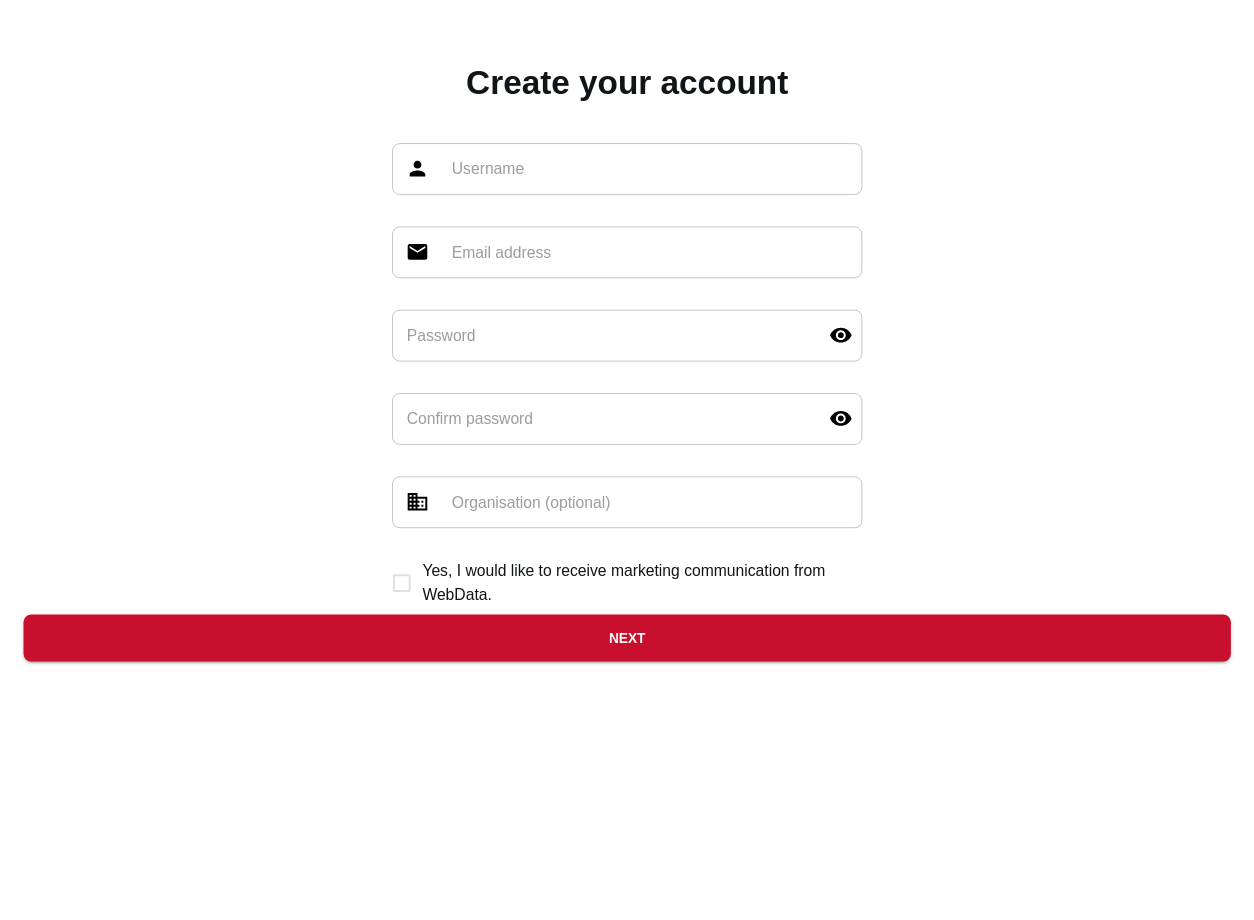
Repository: Pascal-Ahmadu/Tender-download-system
Page: /register (app in frontend/)
The author's editor kept a copy of each file at every save. The page is drawn from the files as they stood at one save, then again after the next save.
The browser window is 1280 px wide. The pictures show the whole page, at 98% of full size.
The page's requests for data from a server got no answer. Some web fonts or font styles are not loaded; a fallback is used. The project was rebuilt for these pictures with package versions that can differ from the ones it lists, and the page was loaded fresh each time. No one was signed in, and anything a server would have sent is missing. Also part of the build but not shown: frontend/vite.config.js, frontend/src/components/pages/LoginPage.jsx.

Above is the page before, as saved 2024-07-31 08:37:51.

### frontend/index.html
<!DOCTYPE html>
<html lang="en">
  <head>
    <meta charset="UTF-8" />
    <link rel="icon" type="image/svg+xml" href="/vite.svg" />
    <link
      href="https://fonts.googleapis.com/css2?family=Bento:wght@400;700&display=swap"
      rel="stylesheet"
    />

    <meta name="viewport" content="width=device-width, initial-scale=1.0" />
    <title>Vite + React</title>
  </head>
  <body>
    <div id="root"></div>
    <script type="module" src="/src/main.jsx"></script>
  </body>
</html>

### frontend/src/main.jsx
import React from "react";
import ReactDOM from "react-dom/client";
import App from "./App.jsx";
import "./index.css";
import { AuthProvider } from "./components/contexts/AuthContext.jsx";

ReactDOM.createRoot(document.getElementById("root")).render(
  <React.StrictMode>
    <AuthProvider>
      <App />
    </AuthProvider>
  </React.StrictMode>
);

### frontend/src/App.jsx
import React from "react";
import { BrowserRouter as Router, Routes, Route } from "react-router-dom";
import LoginPage from "./components/pages/LoginPage";
import RegistrationForm from "./components/pages/RegistrationPage";
import { createTheme, ThemeProvider } from "@mui/material/styles";

// Create a theme instance
const theme = createTheme({
  typography: {
    fontFamily: "Bento, sans-serif",
  },
});

const app = () => {
  return (
    <ThemeProvider theme={theme}>
      <Router>
        <Routes>
          <Route path="/" element={<LoginPage />} />
          <Route path="/register" element={<RegistrationForm />} />
        </Routes>
      </Router>
    </ThemeProvider>
  );
};

export default app;

### frontend/src/index.css
:root {
  font-family: "Bento", sans-serif;

  line-height: 1.5;
  font-weight: 400;

  color-scheme: white;
  color: rgba(255, 255, 255, 0.87);
  background-color: white;

  font-synthesis: none;
  text-rendering: optimizeLegibility;
  -webkit-font-smoothing: antialiased;
  -moz-osx-font-smoothing: grayscale;
}

body {
  font-family: "Merriweather", serif;
}

a {
  font-weight: 500;
  color: #646cff;
  text-decoration: inherit;
}
a:hover {
  color: #535bf2;
}

h1 {
  font-size: 3.2em;
  line-height: 1.1;
}

button {
  border-radius: 8px;
  border: 1px solid transparent;
  padding: 0.6em 1.2em;
  font-size: 1em;
  font-weight: 500;
  font-family: inherit;
  background-color: #1a1a1a;
  cursor: pointer;
  transition: border-color 0.25s;
}
button:hover {
  border-color: #646cff;
}
button:focus,
button:focus-visible {
  outline: 4px auto -webkit-focus-ring-color;
}

@media (prefers-color-scheme: light) {
  :root {
    color: #213547;
    background-color: #ffffff;
  }
  a:hover {
    color: #747bff;
  }
  button {
    background-color: #f9f9f9;
  }
}

### frontend/src/components/contexts/AuthContext.jsx
import React, { createContext, useState, useEffect, useContext } from "react";
import axios from "axios";

const API_BASE_URL = "http://localhost:5000";

axios.defaults.baseURL = API_BASE_URL;

const AuthContext = createContext();

const AuthProvider = ({ children }) => {
  const [user, setUser] = useState(null);

  // Fetch user on app load
  useEffect(() => {
    const fetchUser = async () => {
      try {
        const res = await axios.get("/api/auth/current", {
          withCredentials: true,
        });
        setUser(res.data.user);
      } catch (err) {
        console.error(err.response ? err.response.data.msg : err.message);
      }
    };

    fetchUser();
  }, []);

  const register = async (email, password) => {
    try {
      await axios.post(
        "/api/auth/register",
        { email, password },
        { withCredentials: true }
      );
      // Optionally fetch user data if needed
    } catch (err) {
      throw new Error(err.response ? err.response.data.msg : err.message);
    }
  };

  const login = async (email, password) => {
    try {
      await axios.post(
        "/api/auth/login",
        { email, password },
        { withCredentials: true }
      );
      const res = await axios.get("/api/auth/current", {
        withCredentials: true,
      });
      setUser(res.data.user);
    } catch (err) {
      throw new Error(err.response ? err.response.data.msg : err.message);
    }
  };

  const logout = async () => {
    try {
      await axios.post("/api/auth/logout", {}, { withCredentials: true });
      setUser(null);
    } catch (err) {
      console.error(err.response ? err.response.data.msg : err.message);
    }
  };

  return (
    <AuthContext.Provider value={{ user, register, login, logout }}>
      {children}
    </AuthContext.Provider>
  );
};

// Custom hook to use the AuthContext
const useAuth = () => {
  const context = useContext(AuthContext);
  if (context === undefined) {
    throw new Error("useAuth must be used within an AuthProvider");
  }
  return context;
};

export { AuthProvider, useAuth };

### frontend/src/components/pages/RegistrationPage.jsx
import React, { useState, useEffect } from "react";
import {
  TextField,
  Button,
  Box,
  Typography,
  Checkbox,
  FormControlLabel,
  InputAdornment,
  IconButton,
  LinearProgress,
  FormHelperText,
} from "@mui/material";
import {
  Visibility,
  VisibilityOff,
  Person,
  Email,
  Business,
} from "@mui/icons-material";

function SignupForm() {
  const [showPassword, setShowPassword] = useState(false);
  const [password, setPassword] = useState("");
  const [confirmPassword, setConfirmPassword] = useState("");
  const [passwordStrength, setPasswordStrength] = useState(0);
  const [passwordEntered, setPasswordEntered] = useState(false);
  const [passwordValid, setPasswordValid] = useState({
    length: false,
    uppercase: false,
    lowercase: false,
    symbol: false,
  });
  const [showRequirements, setShowRequirements] = useState(false);
  const [typingTimeout, setTypingTimeout] = useState(null);

  const handleClickShowPassword = () => setShowPassword(!showPassword);

  const handlePasswordChange = (event) => {
    const password = event.target.value;
    setPassword(password);
    setPasswordEntered(true);
    setShowRequirements(true);

    // Check password validity
    const lengthValid = password.length >= 8 && password.length <= 16;
    const uppercaseValid = /[A-Z]/.test(password);
    const lowercaseValid = /[a-z]/.test(password);
    const symbolValid = /[!@#$%^&*(),.?":{}|<>]/.test(password);

    setPasswordValid({
      length: lengthValid,
      uppercase: uppercaseValid,
      lowercase: lowercaseValid,
      symbol: symbolValid,
    });

    // Calculate strength
    setPasswordStrength(
      (lengthValid + uppercaseValid + lowercaseValid + symbolValid) * 25
    );

    // Clear previous timeout
    if (typingTimeout) clearTimeout(typingTimeout);

    // Set a new timeout
    setTypingTimeout(
      setTimeout(() => {
        setShowRequirements(false);
      }, 2000)
    ); // Hide after 2 seconds of inactivity
  };

  const handleConfirmPasswordChange = (event) => {
    setConfirmPassword(event.target.value);
  };

  const getStrengthColor = () => {
    if (passwordStrength <= 33) return "#f44336"; // Red for weak
    if (passwordStrength <= 66) return "#ff9800"; // Orange for medium
    return "#4caf50"; // Green for strong
  };

  const passwordsMatch = password === confirmPassword;

  useEffect(() => {
    // Cleanup on component unmount
    return () => {
      if (typingTimeout) clearTimeout(typingTimeout);
    };
  }, [typingTimeout]);

  return (
    <Box
      sx={{
        display: "flex",
        flexDirection: "column",
        minHeight: "100vh",
        backgroundColor: "white",
        overflow: "hidden",
      }}
    >
      <Box
        sx={{
          display: "flex",
          flexDirection: "column",
          flex: 1,
          justifyContent: "center",
          alignItems: "center",
          px: 2,
          py: 4,
        }}
      >
        <Box
          sx={{
            display: "flex",
            flexDirection: "column",
            width: "100%",
            maxWidth: "480px",
            boxSizing: "border-box",
          }}
        >
          <Typography
            variant="h4"
            sx={{
              fontWeight: "bold",
              textAlign: "center",
              color: "#111518",
              py: 3,
            }}
          >
            Create your account
          </Typography>
          <TextField
            placeholder="Username"
            fullWidth
            margin="normal"
            InputProps={{
              startAdornment: (
                <InputAdornment position="start">
                  <Person sx={{ color: "black" }} />
                </InputAdornment>
              ),
            }}
            sx={{
              "& .MuiOutlinedInput-root": {
                borderRadius: 2,
                borderColor: "#dbe1e6",
              },
              "& .MuiInputBase-input": {
                color: "#111518",
                p: "15px",
                fontSize: "1rem",
              },
              mb: 2,
            }}
          />
          <TextField
            placeholder="Email address"
            fullWidth
            margin="normal"
            InputProps={{
              startAdornment: (
                <InputAdornment position="start">
                  <Email sx={{ color: "black" }} />
                </InputAdornment>
              ),
            }}
            sx={{
              "& .MuiOutlinedInput-root": {
                borderRadius: 2,
                borderColor: "#dbe1e6",
              },
              "& .MuiInputBase-input": {
                color: "#111518",
                p: "15px",
                fontSize: "1rem",
              },
              mb: 2,
            }}
          />
          <TextField
            placeholder="Password"
            fullWidth
            type={showPassword ? "text" : "password"}
            onChange={handlePasswordChange}
            onFocus={() => setPasswordEntered(true)}
            margin="normal"
            InputProps={{
              endAdornment: (
                <InputAdornment position="end">
                  <IconButton onClick={handleClickShowPassword} edge="end">
                    {showPassword ? (
                      <VisibilityOff sx={{ color: "black" }} />
                    ) : (
                      <Visibility sx={{ color: "black" }} />
                    )}
                  </IconButton>
                </InputAdornment>
              ),
            }}
            sx={{
              "& .MuiOutlinedInput-root": {
                borderRadius: 2,
                borderColor: "#dbe1e6",
              },
              "& .MuiInputBase-input": {
                color: "#111518",
                p: "15px",
                fontSize: "1rem",
              },
              mb: 2,
            }}
          />
          {passwordEntered && showRequirements && (
            <Box sx={{ mb: 2 }}>
              <Typography variant="body2" sx={{ color: "#60778a", py: 1 }}>
                Password strength
              </Typography>
              <LinearProgress
                variant="determinate"
                value={passwordStrength}
                sx={{
                  height: 8,
                  borderRadius: 2,
                  backgroundColor: "#e0e0e0",
                  "& .MuiLinearProgress-bar": {
                    borderRadius: 2,
                    backgroundColor: getStrengthColor(),
                  },
                }}
              />
              <FormHelperText
                sx={{
                  color: "#60778a",
                  pt: 1,
                }}
              >
                <ul>
                  <li
                    style={{
                      color: passwordValid.length ? "#4caf50" : "#f44336",
                    }}
                  >
                    {passwordValid.length
                      ? "✔ Length between 8 and 16 characters"
                      : "✘ Length between 8 and 16 characters"}
                  </li>
                  <li
                    style={{
                      color: passwordValid.uppercase ? "#4caf50" : "#f44336",
                    }}
                  >
                    {passwordValid.uppercase
                      ? "✔ At least one uppercase letter"
                      : "✘ At least one uppercase letter"}
                  </li>
                  <li
                    style={{
                      color: passwordValid.lowercase ? "#4caf50" : "#f44336",
                    }}
                  >
                    {passwordValid.lowercase
                      ? "✔ At least one lowercase letter"
                      : "✘ At least one lowercase letter"}
                  </li>
                  <li
                    style={{
                      color: passwordValid.symbol ? "#4caf50" : "#f44336",
                    }}
                  >
                    {passwordValid.symbol
                      ? "✔ At least one symbol"
                      : "✘ At least one symbol"}
                  </li>
                </ul>
              </FormHelperText>
            </Box>
          )}
          <TextField
            placeholder="Confirm password"
            fullWidth
            type={showPassword ? "text" : "password"}
            onChange={handleConfirmPasswordChange}
            margin="normal"
            InputProps={{
              endAdornment: (
                <InputAdornment position="end">
                  <IconButton onClick={handleClickShowPassword} edge="end">
                    {showPassword ? (
                      <VisibilityOff sx={{ color: "black" }} />
                    ) : (
                      <Visibility sx={{ color: "black" }} />
                    )}
                  </IconButton>
                </InputAdornment>
              ),
            }}
            sx={{
              "& .MuiOutlinedInput-root": {
                borderRadius: 2,
                borderColor: "#dbe1e6",
              },
              "& .MuiInputBase-input": {
                color: "#111518",
                p: "15px",
                fontSize: "1rem",
              },
              mb: 2,
            }}
          />
          {!passwordsMatch && confirmPassword.length > 0 && (
            <FormHelperText sx={{ color: "#f44336" }}>
              Passwords do not match
            </FormHelperText>
          )}
          <TextField
            placeholder="Organisation (optional)"
            fullWidth
            margin="normal"
            InputProps={{
              startAdornment: (
                <InputAdornment position="start">
                  <Business sx={{ color: "black" }} />
                </InputAdornment>
              ),
            }}
            sx={{
              "& .MuiOutlinedInput-root": {
                borderRadius: 2,
                borderColor: "#dbe1e6",
              },
              "& .MuiInputBase-input": {
                color: "#111518",
                p: "15px",
                fontSize: "1rem",
              },
              mb: 2,
            }}
          />
          <FormControlLabel
            control={
              <Checkbox
                sx={{
                  color: "#dbe1e6",
                  "&.Mui-checked": {
                    color: "#2094f3",
                  },
                }}
              />
            }
            label="Yes, I would like to receive marketing communication from WebData."
            sx={{ color: "#111518", mt: 2 }}
          />
        </Box>
      </Box>
      <Box
        component="footer"
        sx={{
          display: "flex",
          justifyContent: "center",
          px: 2,
          py: 2,
        }}
      >
        <Button
          variant="contained"
          fullWidth // Make the button span the width of its container
          sx={{
            bgcolor: "#c8102e", // Button color
            color: "white",
            fontWeight: "bold",
            borderRadius: 2,
            py: 1.5, // Adjust vertical padding for height
            mt: -5, // Reduced margin top for spacing
            mb: 30,
            width: "100%", // Ensure button width is 100% of container width
            boxSizing: "border-box", // Ensure padding is included in width
            "&:hover": {
              bgcolor: "#a50f1d", // Slightly darker on hover
            },
          }}
        >
          Next
        </Button>
      </Box>
    </Box>
  );
}

export default SignupForm;

After the next save:
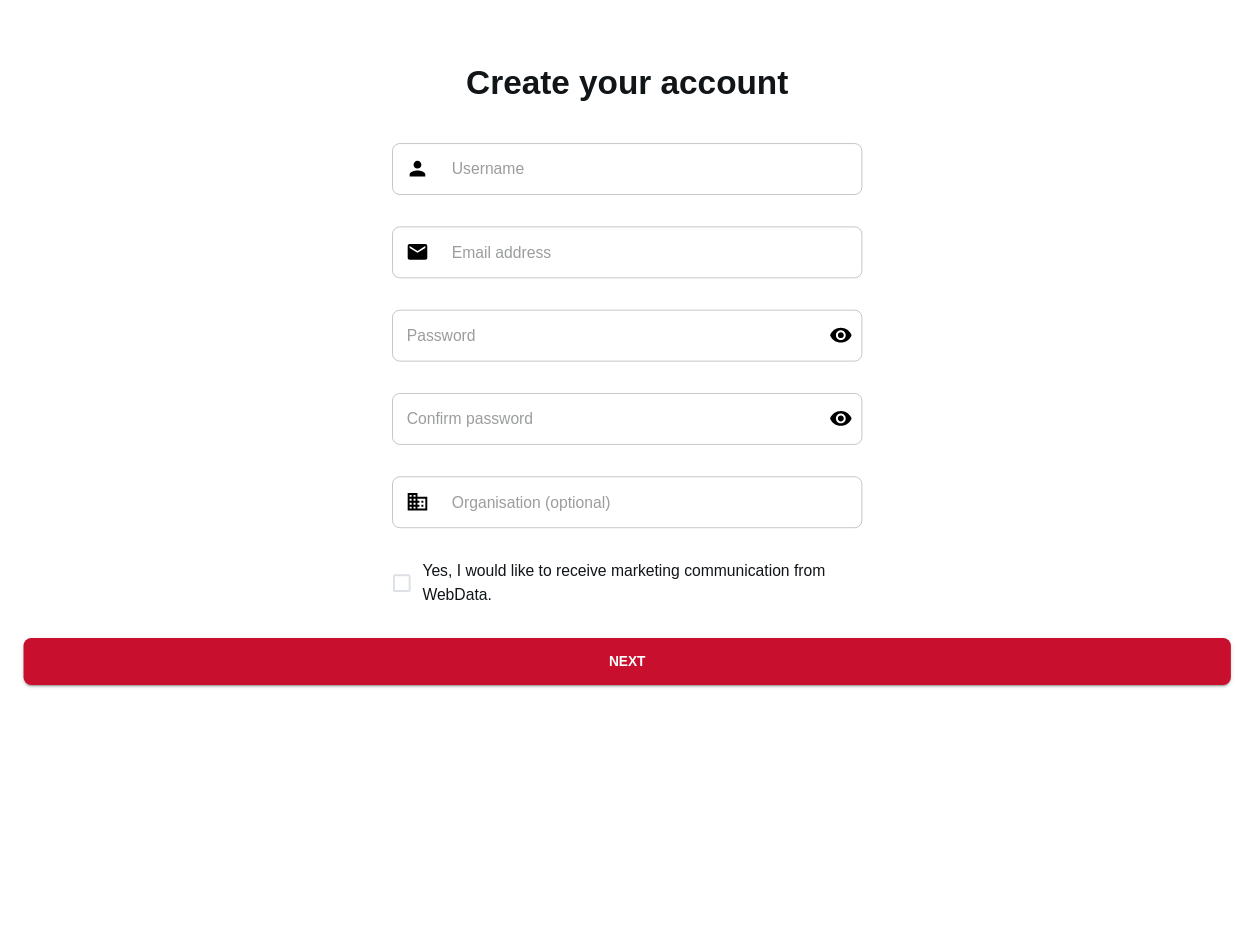
Saved 11 s later.
--- a/frontend/src/components/pages/RegistrationPage.jsx
+++ b/frontend/src/components/pages/RegistrationPage.jsx
@@ -372,7 +372,7 @@ function SignupForm() {
             fontWeight: "bold",
             borderRadius: 2,
             py: 1.5, // Adjust vertical padding for height
-            mt: -5, // Reduced margin top for spacing
+            mt: -2, // Reduced margin top for spacing
             mb: 30,
             width: "100%", // Ensure button width is 100% of container width
             boxSizing: "border-box", // Ensure padding is included in width
